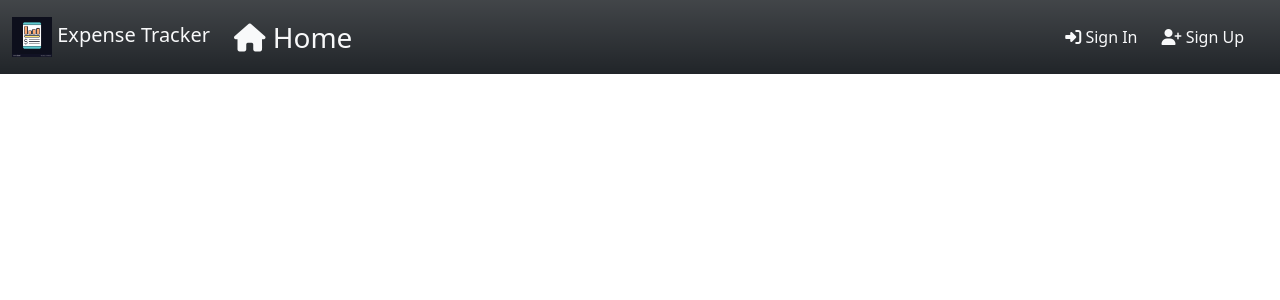
Repository: Gaurav560/OnlineExpenseTracker
Page: http://localhost/Online_Expense_Tracker/
An editor plug-in stored every save of this project. The page is shown before and after the next save, followed by the edit.
The browser window is 1280 px wide. The pictures show the whole page.
The page is served by Tomcat 9.

Above is the page before, as saved 2023-05-03 20:37:13.

After the next save:
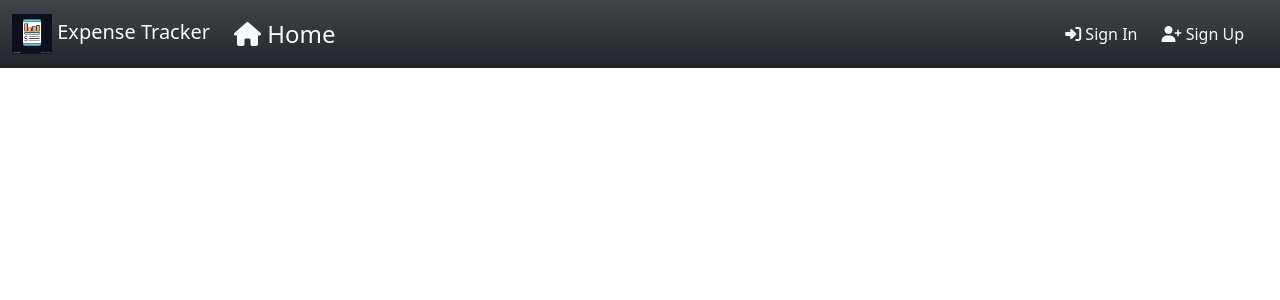
Saved 6 s later.
--- a/Online_Expense_Tracker/src/main/webapp/index.jsp
+++ b/Online_Expense_Tracker/src/main/webapp/index.jsp
@@ -40,7 +40,7 @@
 			<div class="collapse navbar-collapse" id="navbarSupportedContent">
 
 				<ul class="navbar-nav me-auto mb-2 mb-lg-0">
-					<li class="nav-item"><a class="nav-link active text-light fs-3"
+					<li class="nav-item"><a class="nav-link active text-light fs-4"
 						aria-current="page" href="#"><i class="fa-solid fa-house"></i>
 							Home</a></li>
 
